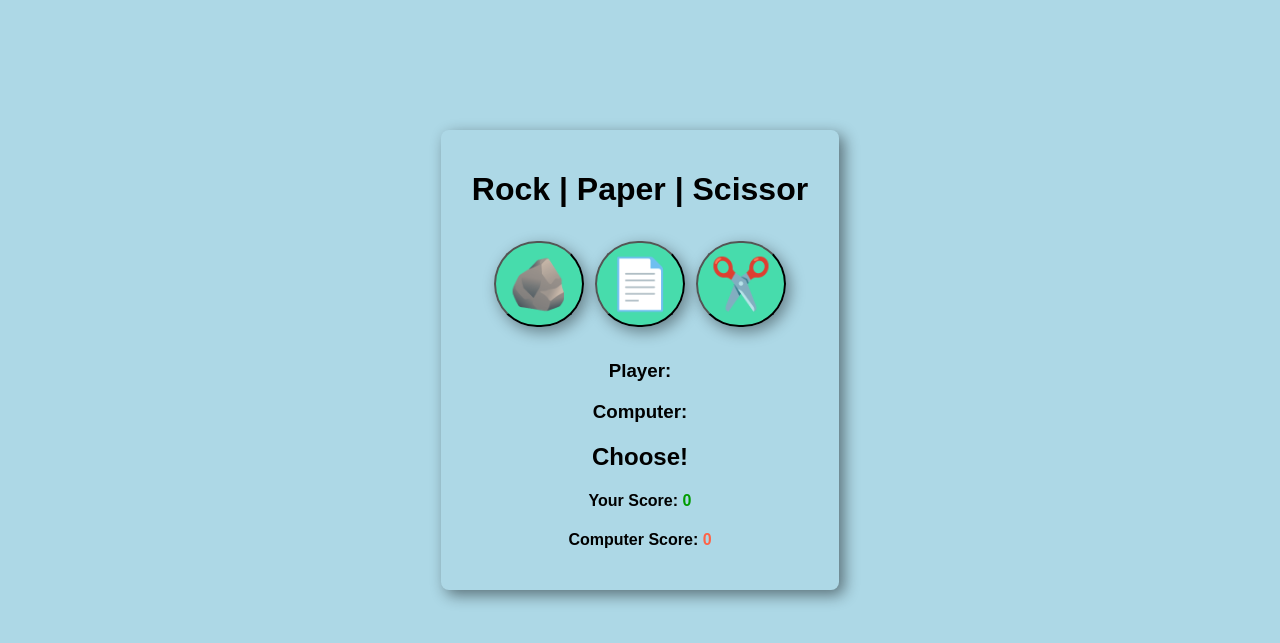
Repository: SakthivelDurai47/Rock-Paper-Sissors
Page: index.html
These files come from the project's save history. The page is drawn as it stood at one moment and after the next save; the edit follows.
The browser window is 1280 px wide. The pictures show the whole page.

Above is the page before, as saved 2025-04-14 23:21:48.

After the next save:
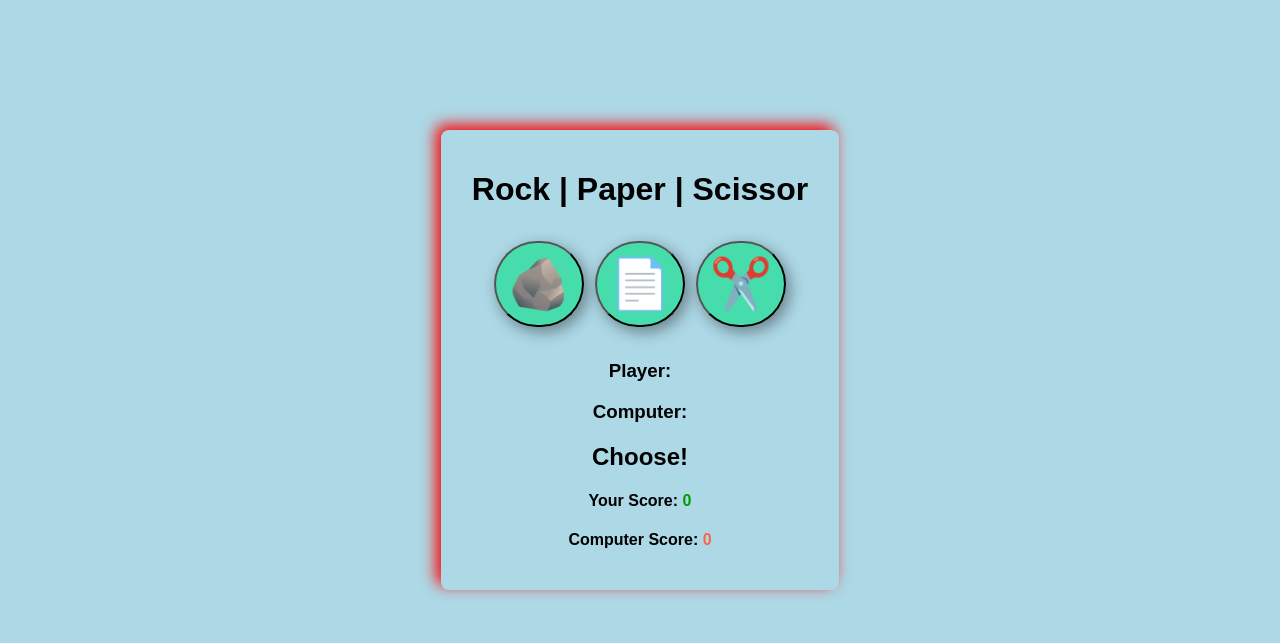
Saved 6 s later.
--- a/styles.css
+++ b/styles.css
@@ -44,5 +44,5 @@ main {
   padding: 20px;
   border-radius: 8px;
   box-shadow: 5px 5px 15px rgba(0, 0, 0, 0.477);
-  box-sizing: -5px -5px 15px rgb(255, 0, 0);
+  box-shadow: -5px -5px 15px rgb(255, 0, 0);
 }
